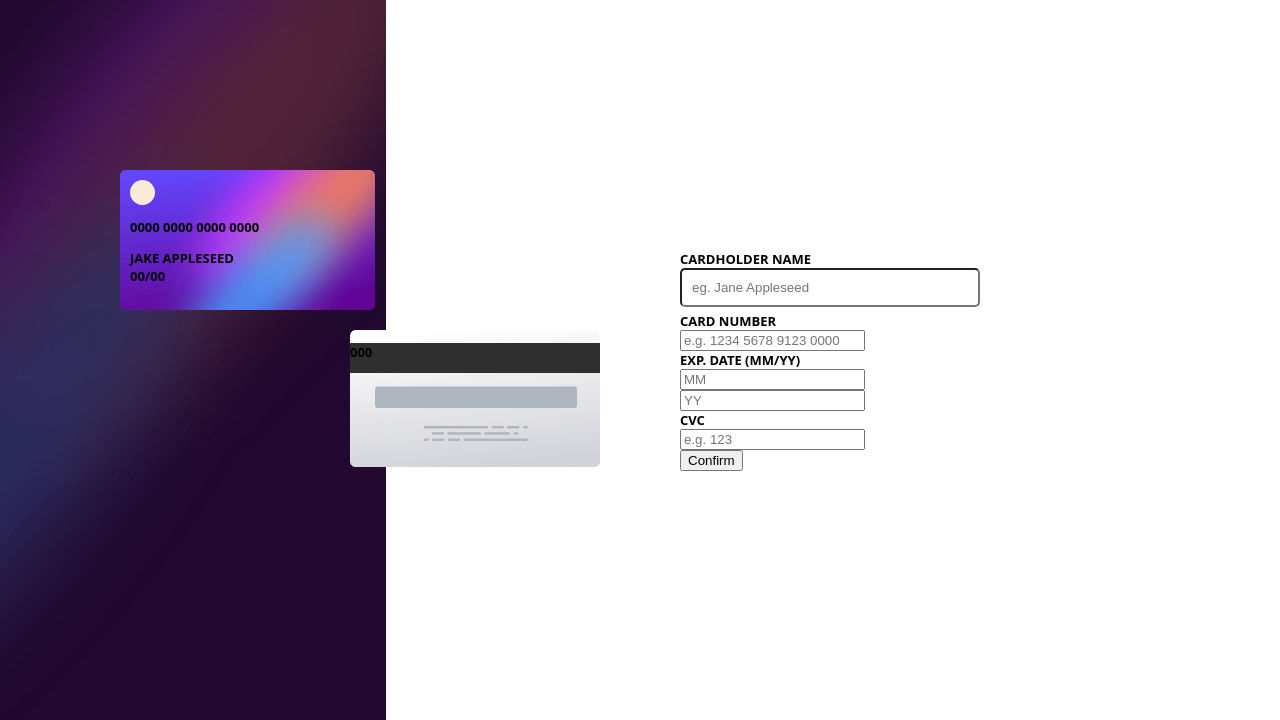
Repository: Celebration-cloud/my-project
Page: interactive-card-details-form-main/index.html
These files come from the project's save history. The page is drawn as it stood at one moment and after the next save; the edit follows.
The browser window is 1280 px wide. The pictures show the whole page.

Above is the page before, as saved 2023-08-23 00:52:13.

After the next save:
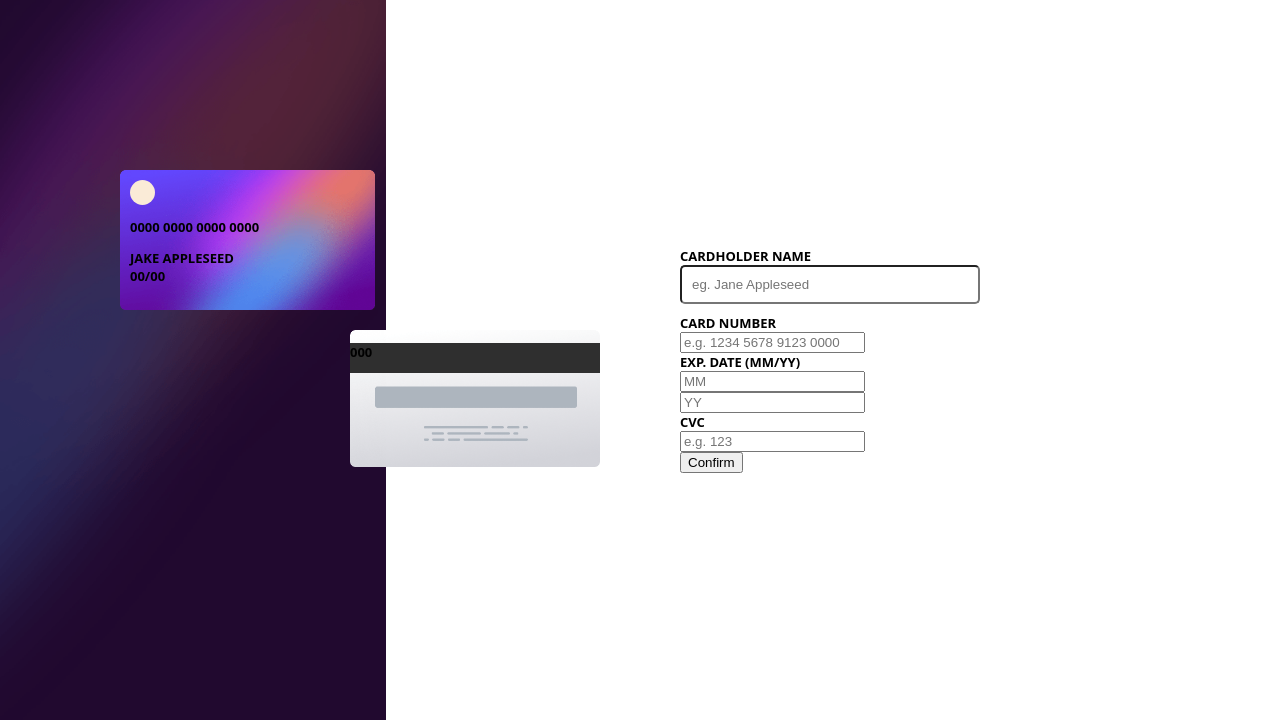
Saved 4 s later.
--- a/interactive-card-details-form-main/index.css
+++ b/interactive-card-details-form-main/index.css
@@ -75,7 +75,7 @@ body{
     padding: 10px;
     border-radius: 5px;
     width: 50%;
-    margin-bottom: 5px;
+    margin-bottom: 10px;
 }
 #card-number-label{
 
